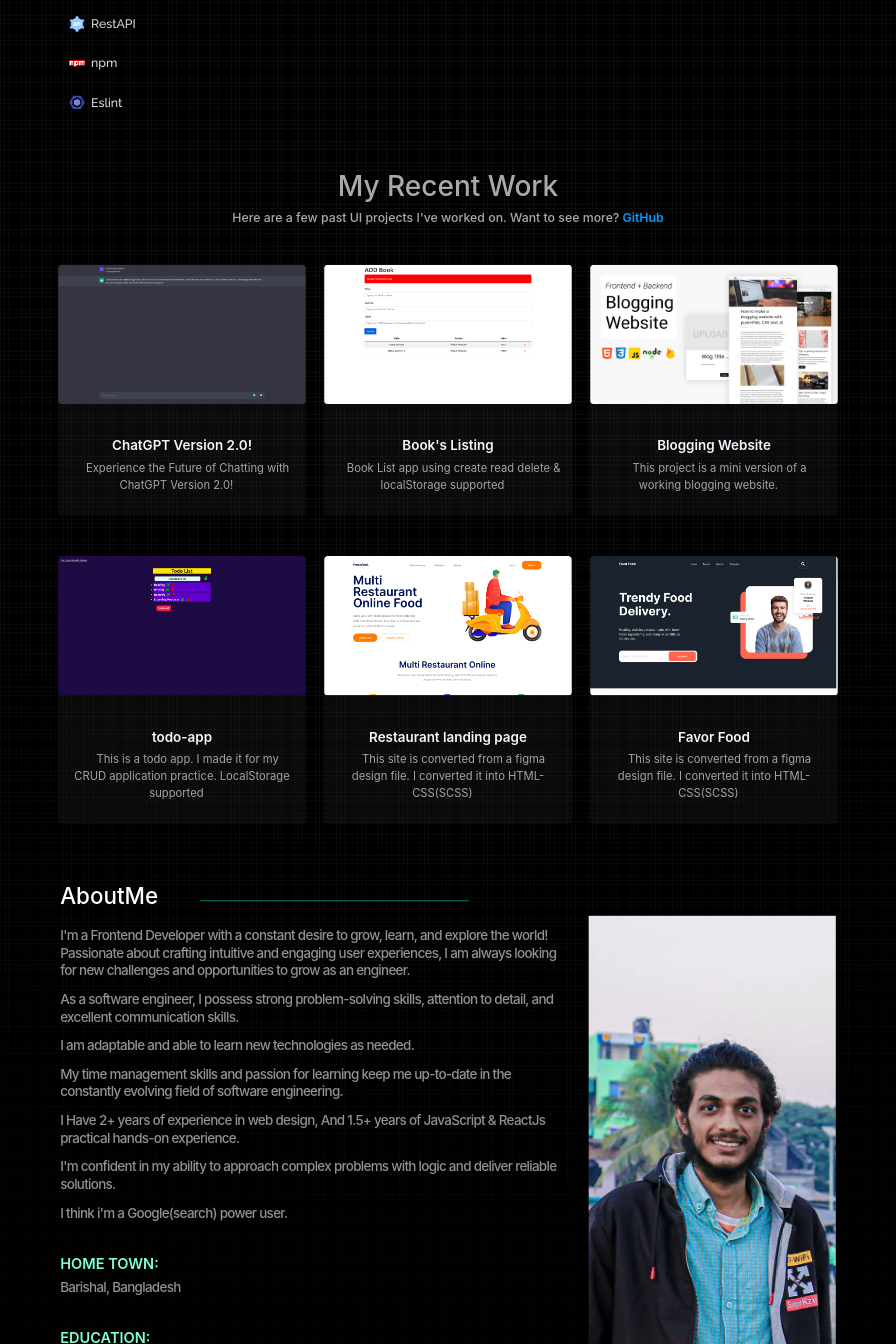
Repository: badhon252/my-portfolio
Page: /
These files come from the project's save history. The page is drawn as it stood at one moment and after the next save; the edit follows.
The browser window is 1280 px wide. The pictures show the part of the page from y = 1396 to 3316 px (the page is 3680 px tall before and 3688 px after), at 70% of full size.
Some web fonts or font styles are not loaded; a fallback is used. The project was rebuilt for these pictures with package versions that can differ from the ones it lists, and the page was loaded fresh each time.

Above is the page before, as saved 2023-02-14 20:11:25.

### public/index.html
<!DOCTYPE html>
<html lang="en">

<head>
    <meta charset="utf-8" />
    <meta name="viewport" content="width=device-width, initial-scale=1.0" />
    <meta name="theme-color" content="#000000" />
    <link rel=" stylesheet " href=" https://cdnjs.cloudflare.com/ajax/libs/font-awesome/6.2.1/css/all.min.css ">
    <!-- For google search engines  -->
    <meta name="google-site-verification" content="pFRaVUB3Vqtpp7CYJiHCBl35aQ6s2zmKJ89Zh2XF5rQ" />
    <meta name="description"
        content="I'm Khalid Hossain Badhon, I'm a experienced Frontend Web Application developer with more than 2years of hands on experienced. Front-end engineers, Front-end development, reactjs developer, javascript developer" />
    <!--  Bootstap== -->
    <link rel=" stylesheet " href=" https://cdn.jsdelivr.net/npm/bootstrap@5.3.0-alpha1/dist/css/bootstrap.min.css ">


    <title>Khalid Hossain Badhon | Frontend Developer</title>
</head>

<body>
    <div id="root"></div>

    <script src=" https://cdn.jsdelivr.net/npm/bootstrap@5.3.0-alpha1/dist/js/bootstrap.bundle.min.js "></script>
    <!-- <script src=" https://platform.linkedin.com/badges/js/profile.js " async defer type=" text/javascript "></script> -->

</body>

</html>

### src/index.css
* {
    margin: 0;
    padding: 0;
    box-sizing: border-box;
}

html {
    --scrollbarBG: #2f2f2f;
    --thumbBG: #808080;
}

body {
    margin: 0;
    font-family: -apple-system, BlinkMacSystemFont, 'Segoe UI', 'Roboto', 'Oxygen', 'Ubuntu', 'Cantarell', 'Fira Sans', 'Droid Sans', 'Helvetica Neue', sans-serif;
    -webkit-font-smoothing: antialiased;
    -moz-osx-font-smoothing: grayscale;
    background-color: #000000;
    background-image: radial-gradient(circle at center center, transparent 0%, rgb(0, 0, 0) 99%), repeating-linear-gradient(0deg, rgba(163, 163, 163, 0.07) 0px, rgba(163, 163, 163, 0.07) 1px, transparent 1px, transparent 6px), repeating-linear-gradient(90deg, rgba(163, 163, 163, 0.07) 0px, rgba(163, 163, 163, 0.07) 1px, transparent 1px, transparent 6px), linear-gradient(90deg, rgb(0, 0, 0), rgb(0, 0, 0));
    color: #ffffff;
    scrollbar-width: thin;
    scrollbar-color: var(--thumbBG) var(--scrollbarBG);
}

body::-webkit-scrollbar {
    width: 12px;
}

body::-webkit-scrollbar-track {
    background: var(--scrollbarBG);
}

body::-webkit-scrollbar-thumb {
    background-color: var(--thumbBG);
    border-radius: 6px;
    border: 3px solid var(--scrollbarBG);
}

### src/Components/Home/Home.jsx
import AboutMe from "./AboutMe/AboutMe";
// import Footer from "./Footer/Footer";
import Header from "./Header/Header";
import Projects from "./Project/Projects";
import Skill from "./Skill/Skill";


export default function Home() {
  return (
    <div id="home">
        <Header />
        <Skill/>
        <Projects/>
        <AboutMe/>
        {/* <Footer/> */}

    </div>
  )
}

### src/Components/Home/Header/Header.jsx
import React from 'react'
import HeaderContent from './HeaderContent/HeaderContent'
import Navbar from './Navbar/Navbar'
import Classes from './Header.module.css'

export default function Header() {
  return (
    <header className={Classes.header}>
      <Navbar/>
      <HeaderContent/>
    </header>
  )
}

### src/Components/Home/Skill/Skill.jsx
import "./Skill.css"
import SkillSet from "./SkillSet";
const SkillEfficiency = () => {
    return (
       <section id="skill" >
        <div className="container">
            <div className="d-flex justify-content-center">
                    <h1 className="skillSet__title"> My Skills Set </h1>
            </div>
            <div className="skillSet__title__line">
                <div className="skillSet__title__line__inner">
                    I'm a experienced Frontend Web Application developer with more than 2 years of hands on experience. <br />
                    I am adaptable and able to learn newtechnologies as needed.
                </div>
            </div>
            <SkillSet/>
        </div>
       </section>
    );
}

export default SkillEfficiency;

### src/Components/Home/AboutMe/AboutMe.css
#about {
    padding: 2rem 1rem;
    min-height: 100vh;
}

#about p {
    font-size: 1.2em;
    font-weight: 500;
    margin-bottom: 1rem;
    color: rgba(255, 255, 255, 0.568);
    line-height: 1.3;
    letter-spacing: -1px;
}

#about h1 {
    color: #fcfcfc;
    font-size: 2.5em;
}

#about p:hover {
    color: #fcfcfc;
    cursor: text;
}

.aboutMe_titile::after {
    content: "";
    display: block;
    position: relative;
    top: -13px;
    width: 30vw;
    height: 1px;
    margin-left: 200px;
    background-color: rgba(9, 250, 227, 0.63);
}


/* Hometown ======== */

.homeTown_title {
    font-size: 1.3em;
    font-weight: 600;
    color: aquamarine;
    font-weight: 600;
}


/* .homeTown_title i {
    color: rgb(255, 255, 255);
    font-size: 1.2rem;
    width: 100%;
} */


/* edu ========== */

.crt_title,
.edu_title {
    font-size: 1.3em;
    font-weight: 600;
    color: aquamarine;
}

#about h4 {
    font-size: 1em;
    font-weight: 500;
    color: rgb(206, 255, 239);
    line-height: 1.5;
}

#about h4 span {
    color: rgb(88, 126, 111);
}

#about h4 span:hover {
    color: rgb(255, 255, 255);
}

#about h4 a {
    color: rgb(88, 126, 111);
    text-decoration: none;
}

### src/Components/Home/Header/HeaderContent/HeaderContent.jsx
import Badhon from "../../../../Assets/Images/badhon-color.png";
import HeroSection from './HeroSection'
import Classes from "./Header.module.css";

export default function HeaderContent() {
  return (
      <div className="container" >
        <div className={Classes.headerContainer}>

          <div className="row my-5" >
              <div className="col-md-4">
                <img src={Badhon} alt="Badhon" className="img-fluid w-100 px-2" />
              </div>
              <div className="col-md-8 py-5 d-flex flex-column">
                <HeroSection />
              </div>
          </div>
        </div>
      </div>
  )
}

### src/Components/Home/Header/Navbar/Navbar.jsx
import "./Navs/Navs.css"
import "./Navbar.css"
import Nav from './Navs/Nav/Nav'
// import NavbarBrand from './NavbarBrand/NavbarBrand'
// import LinkedIn from './Navs/LinkedIn/LinkedIn'
// import GitHub from './Navs/GitHub/Github'

export default function Navbar() {
  return (
    <div className='navBar borderBottom container-fluid'>
            <Nav/>
         {/* <div className='navBar'>
            <LinkedIn/>
            <GitHub/>
         </div> */}
    </div>
  )
}

### src/Components/Home/Header/Header.module.css
.header {
    color: aliceblue;
    padding: 0 1rem;
}

### src/Components/Home/Project/ProjectCard.jsx
import CardImgLink from "./Card_img__link"
import "./Projects.css"

export default function ProjectCard(props) {

  function stacks(){
    return props.stack.map((item, index) => {
      return <span className="stack" key={index}>#{item}</span>
    })
  }

  return (
    <div className="card my-1" id="card">
          <div className="card-img">
            <a href={props.preview} >
              <img src={props.img} className="card-img-top img-fluid" alt={props.title}/>
              <CardImgLink preview={props.preview} link={props.link}/>
            </a>
          </div>
        <div className="card-body">
          <div className="stacks">
             {stacks()}
          </div>

            <h5 className="card-title my-2">{props.title}</h5>
            <span className="card-text py-5 px-3">{props.text}</span>

        </div>
    </div>
  )
}

### src/Components/Home/Project/Projects.css
#card {
    background-color: #2c2d2c3a;
    /* width: 18rem */
    overflow: hidden;
    color: aliceblue;
    position: relative;
    text-align: center;
    transition: .5s;
}

#card:hover {
    /* width: 18rem */
    overflow: hidden;
    text-align: center;
    box-shadow: 5px 5px 50px rgba(53, 255, 3, 0.193);
    transform: translateY(-25px);
}

#card:hover span {
    color: aliceblue;
}

.card-img {
    overflow: hidden;
}

.img-fluid {
    border-radius: 0%;
    width: 100%;
    height: 100%;
    object-fit: cover;
    object-position: center;
    transition: 0.5s;
}

#card:hover .card-img-top {
    border-radius: 0;
    transform: scale(1.1);
}


/* Path: src/Components/Home/Project/Projects.css */

.project__title {
    color: rgba(255, 255, 255, 0.664);
    text-align: center;
}

.project__title h2 {
    font-size: 2rem;
    font-weight: 700;
    margin-bottom: 1rem;
    color: #fff;
    font-family: Georgia, 'Times New Roman', Times, serif;
}

.project__title__line {
    font-weight: 500;
    font-size: 1.1rem;
}

.project__title__line a {
    color: #0099ff;
    text-decoration: none;
    font-weight: 600;
}

.project__title__line a:hover {
    color: #1da5ff;
    text-decoration: underline;
}

.card_img__link {
    align-items: center;
    background-color: rgba(0, 0, 0, 0.332);
    border-radius: 5px;
    display: flex;
    justify-content: flex-end;
    position: absolute;
    right: 0;
    top: 0;
    bottom: 0;
    left: 0;
    transition: .5s;
    opacity: 0;
}

#card:hover .card_img__link {
    opacity: 1;
}

.card_img__link a {
    color: #dbdbdb;
    text-decoration: none;
    font-weight: 700;
    margin: 0 .5rem;
}

.card_img__link a:hover {
    color: #eae8ff;
    text-decoration: none;
    font-weight: 700;
}

.card_img__link i {
    color: #fff;
}

.card_img__link i:hover {
    color: rgb(0, 157, 255);
}


/* .githubIcon {
    right: 5px;
}

.redirect {
    max-width: 40px;
    margin-top: 6px;
    color: #0099ff;
} */

.card-body {
    z-index: 111;
    padding-bottom: 2rem;
}

.card-body h5 {
    font-size: 1.2rem;
    font-weight: 600;
    margin: 0;
}

.card-body .stacks {
    margin: 0;
    opacity: 0;
    transition: 0.5s;
}

#card:hover .stacks {
    opacity: 1;
}

.card-body .stack {
    display: inline;
    font-size: .8rem;
    font-weight: 600;
    color: #ffffff;
    background-color: rgb(73, 73, 73);
    margin: .1rem;
    border-radius: 5px;
    text-align: left;
}

.card-text {
    color: #dbdbdbbb;
}

.card-text:hover {
    color: #eae8ff;
}

### src/Components/Home/Skill/Skill.css
@import url('https://fonts.googleapis.com/css2?family=Raleway:ital,wght@0,300;0,400;0,500;0,600;0,700;0,800;0,900;1,500;1,600;1,900&display=swap');

/* .skills {
    margin: 4rem 0 2rem 0;
    display: flex;
    justify-content: space-around;
    flex-wrap: wrap;
    gap: 2rem;
    height: 80vh;
    overflow: hidden;
} */

#skill {
    min-height: calc(100vh - 70px);
    font-family: 'Raleway', sans-serif;
}

.skillSet__title__text h2 {
    font-size: 1.5em;
    font-weight: 600;
    margin-bottom: 1rem;
    display: inline-block;
}

.skillSet__title__text h2::after {
    content: "";
    display: block;
    height: 4px;
    transition: .5s;
    width: 0;
    background: rgb(255, 14, 118);
}

.skillSet:hover .skillSet__title__text h2::after {
    width: 100%;
}

.skillSet li {
    list-style-type: none;
    margin: 0.5rem 1rem;
    color: #ffffffda;
    transition: .4s;
    display: flex;
    align-items: center;
    padding: .5rem 0;
    font-size: 1.1em;
    font-weight: 500
}

.skillSet li img {
    width: 1.5rem;
    margin-right: 0.5rem;
}

.skillSet:hover li {
    color: #ffffff;
    transform: translateY(-5px);
}

.skillSet:hover li img {
    transform: scale(1.2);
}


/* .skillSet:hover {
    background: linear-gradient(90deg, rgba(9, 255, 5, 0.5) 0%, rgba(255, 0, 0, 0.5) 100%);
    box-shadow: 0 0 10px 0 rgba(255, 255, 255, 0.5);
} */

.skillSet__title {
    font-weight: 900;
    font-style: italic;
    font-size: 3em;
    margin-top: 70px;
}

.skillSet__title::after {
    content: "";
    display: block;
    height: 4px;
    transition: .6s;
    width: 0;
    background: linear-gradient(202deg, rgb(5, 255, 1) 20%, rgb(255, 14, 118) 50%, rgb(0 4 255) 100%);
}

#skill:hover .skillSet__title::after {
    width: 100%;
}

.skillSet__title__line {
    font-size: 1.3rem;
    font-weight: 800;
    color: rgba(255, 255, 255, 0.63);
    text-align: center;
    margin: 1rem 0;
}

.skillSet__title__line__inner {
    font-family: 'Raleway', sans-serif;
    margin: 1.3em 0 3em 0;
    font-size: 1em;
    font-weight: 500;
    line-height: 1.5;
    color: #ffffff;
}

.skillSet {
    margin: 1rem 0;
}


/* Generated code  */


/* .wave-container {
    height: 40vh;
    background-color: #000000;
    position: relative;
}

.wave-container::before {
    content: "";
    width: 100%;
    height: 135px;
    position: absolute;
    bottom: -0.3%;
    left: 0;
    background-size: auto;
    background-repeat: repeat no-repeat;
    background-position: 54vw bottom;
    background-image: url("data:[embedded picture, 356 characters]");
}

@media(max-width:850px) {
    .wave-container::before {
        height: 67.5px
    }
} */

### src/Components/Home/Header/HeaderContent/HeroSection.jsx
import Classes from "./Header.module.css";
// import Name from "./Name";

export default function HeroSection() {
  return (
    <div className={Classes.heroSection}>
          <h2 className={Classes.h2}>Hi, I'm</h2>
          <h1 className={Classes.myName}>
            <span>
              Khalid Hossain.
            </span>
          </h1>
          {/* <Name/> */}
          <div className={Classes.bio}>
            I’m a <span>Frontend Developer with a constant desire to grow, learn, and explore the world!</span> Passionate about crafting intuitive and engaging user experiences,
            I am always looking for new challenges and opportunities to grow as an engineer.
          </div>

          <a className={Classes.resume} href="https://drive.google.com/file/d/1dNWfd7X8CYs_9THDZo58HHKVKzD8WfeY/view?usp=share_link" target="_blank" rel="noreferrer">
              See my Resume <i className="fa-solid fa-arrow-up-right-from-square"></i>
          </a>

    </div>
  );
}

### src/Components/Home/Header/HeaderContent/Header.module.css
@import url('https://fonts.googleapis.com/css2?family=Unbounded:wght@400;500;600;700;800;900&display=swap');
.headerContainer {
    min-height: calc(100vh - 70px);
    width: 100%;
    display: flex;
    justify-content: center;
    align-items: center;
    flex-direction: column;
    position: relative;
    overflow: hidden;
}

.heroImage {
    max-width: 100%;
    object-fit: cover;
    height: auto;
    box-sizing: border-box;
    overflow: hidden;
    /* border-radius: 30% 70% 64% 36% / 44% 42% 58% 56%; */
}

.myName {
    text-transform: uppercase;
    letter-spacing: 0.5em;
    display: inline-block;
    margin: 0 0 1rem 0;
}

.myName span {
    font: 700 1.5em/1 "Unbounded", sans-serif;
    letter-spacing: 0;
    padding: 0.25em 0 0.325em;
    text-shadow: 0 0 80px rgba(255, 255, 255, 0.5);
    /* Clip Background Image */
    background: url(https://i.ibb.co/RDTnNrT/animated-text-fill.png) repeat-y;
    -webkit-background-clip: text;
    background-clip: text;
    /* Animate Background Image */
    -webkit-text-fill-color: transparent;
    -webkit-animation: animate 80s linear infinite;
    /* Activate hardware acceleration for smoother animations */
    -webkit-transform: translate3d(0, 0, 0);
    -webkit-backface-visibility: hidden;
}


/* Animate Background Image */

@keyframes animate {
    0% {
        background-position: 0% 50%;
    }
    100% {
        background-position: 100% 50%;
    }
}

.heroSection:hover .myName {
    text-shadow: 0 0 12px #24fbdd;
}

.h2 {
    font-size: 1.5em;
    font-family: 'Unbounded', cursive;
    margin: 1rem 0;
    line-height: 1;
    color: #ff006f;
    font-weight: 600;
}


/* #about p:hover h2 {
    text-shadow: 0 0 12px #24fbdd;
} */

.bio {
    font-size: 1.3em;
    color: rgba(255, 255, 255, 0.653);
    line-height: 1.4;
    font-family: 'Titillium Web', sans-serif;
    font-weight: 600;
    margin: 2rem 0;
}

*::selection {
    background-color: #f2ff00;
    color: #000000;
}

.bio span {
    font-style: italic;
    color: #fcfcfc;
}


/* bio text animations  */

.center {
    width: 100%;
    height: 100vh;
    display: flex;
    justify-content: center;
    align-items: center;
}

.char {
    font-size: 40px;
    height: 40px;
    animation: an 1s ease-out 1 both;
    display: inline-block;
}

@keyframes an {
    from {
        opacity: 0;
        transform: perspective(500px) translate3d(-35px, -40px, -150px) rotate3d(1, -1, 0, 35deg);
    }
    to {
        opacity: 1;
        transform: perspective(500px) translate3d(0, 0, 0);
    }
}

.mylink {
    position: absolute;
    z-index: 150;
    bottom: 0;
    right: 0;
    width: 100%;
    text-align: right;
    padding: .6rem;
}


/*! resume  */

.resume {
    padding: .9rem 1.8rem;
    border: 1px solid #09ff01;
    font-size: 1rem;
    font-weight: 500;
    margin-top: 1rem;
    outline: none;
    border-radius: 5px;
    background: none;
    color: #fcfcfc;
    transition: .5s;
    cursor: pointer;
    text-decoration: none;
    display: inline-block;
}

.resume:hover {
    color: rgb(7, 7, 7);
    background-color: rgb(0, 255, 21);
}

.resume:active {
    transform: scale(0.95);
}

### src/Components/Home/Header/Navbar/Navs/Navs.css
.flexRow {
    display: flex;
    justify-content: space-between;
    align-items: center;
    flex-wrap: wrap;
    gap: 2rem;
}

.me_1 {
    margin-right: 1rem;
}

img {
    width: 2rem;
    height: 2rem;
    border-radius: 50%;
}

.navbar-brand {
    /* background: #FFFF00;
    background: linear-gradient(to left, #FFFF00 0%, #05C1FF 50%, #FFFF00 100%);
    -webkit-background-clip: text;
    -webkit-text-fill-color: transparent; */
    color: aqua;
    font-size: 1.5rem;
    font-weight: 600;
    text-decoration: none;
    font-family: "Poppins", sans-serif;
}

### src/Components/Home/Header/Navbar/Navbar.css
.boxShadow {
    -webkit-box-shadow: 0px 22px 40px -37px rgba(255, 255, 255, 1);
    -moz-box-shadow: 0px 22px 40px -37px rgba(255, 255, 255, 1);
    box-shadow: 0px 22px 40px -37px rgba(255, 255, 255, 1);
}

.borderBottom {
    border-bottom: 1px solid #f6f6f612;
}

### src/Components/Home/Header/Navbar/Navs/Nav/Nav.jsx
import logo from "../../../../../../Assets/icons/logo.svg"
import SocialIcons from "../../../../Icons/SocialIcons"
import "./../Navs.css"
import "./Nav.css"

export default function Nav() {

  return (
    <nav className="navbar navbar-expand-lg">
      <div className="container-fluid">
        <a className="navbar-brand" href="#home">
          <img className="img-fluid" src={logo} alt="@badhon252" />
        </a>
        <button className="navbar-toggler" type="button" data-bs-toggle="collapse" data-bs-target="#navbarNav" aria-controls="navbarNav" aria-expanded="false" aria-label="Toggle navigation">
          <i className="fa-solid fa-bars"></i>
        </button>
        <div className="collapse navbar-collapse" id="navbarNav">
          <ul className="navbar-nav mx-auto">
            <li className="nav-item">
              <a className="nav-link" aria-current="page" href="#home"><i className="fa-solid fa-house"></i> Home</a>
            </li>
            <li className="nav-item">
              <a className="nav-link" href="#skill"><i className="fa-solid fa-code"></i> Expertise</a>
            </li>
            <li className="nav-item">
              <a className="nav-link" href="#projects"><i className="fa-solid fa-briefcase"></i> Projects</a>
            </li>
            <li className="nav-item">
                <a className="nav-link" href="#about"><i className="fa-solid fa-address-card"></i> About</a>
            </li>
            <li className="nav-item">
                <a className="nav-link" href="#contact"><i className="fa-solid fa-address-book"></i> Contact</a>
            </li>
          </ul>
          <div className="d-flex">
        <SocialIcons />
          </div>
        </div>
      </div>
    </nav>
  )
}

### src/Components/Home/Project/Card_img__link.jsx
// import githubIcon from "../../../Assests/icons/github.png"
// import redirect from "../../../Assests/icons/redirect.svg"
import "./Projects.css"
export default function Card_img__link(props) {

  return (
     <div className="card_img__link">
              <a href={props.link} target="_blank" rel="noreferrer" >
               <i className="fa-brands fa-github-alt"></i>
              </a>
              <a href={props.preview} target="_blank" rel="noreferrer" >
                  <i className="fa-solid fa-arrow-up-right-from-square redirect"></i>
              </a>

    </div>
  )
}

### src/Components/Home/Icons/SocialIcons.jsx
import "./SocialIcons.css"
import gmailIcon from "../../../Assets/icons/gmail.svg"

export default function SocialIcons() {
  return (
    <div className='icons'>
      <a href="mailto:dev.khalidhossain@gmail.com" target="_blank" rel="noreferrer">
         <img src={gmailIcon} alt="gmail" className="img-fluid" />
      </a>
      <a href="https://www.linkedin.com/in/khalidhossainbadhon/" target="_blank" rel="noreferrer">
         <i class="fa-brands fa-linkedin"></i>
      </a>
      <a href="https://github.com/badhon252" target="_blank" rel="noreferrer">
         <i class="fa-brands fa-github"></i>
      </a>
    </div>
  )
}

### src/Components/Home/Header/Navbar/Navs/Nav/Nav.css
.navBar {
    flex-wrap: wrap;
    position: fixed;
    top: 0;
    right: 0;
    left: 0;
    background-color: #000000dc;
    z-index: 1111111;
    text-align: center;
    box-sizing: border-box;
}

.navbar.navbar-expand-lg {
    padding: 0;
}

.navbar-nav {
    list-style-type: none;
    display: flex;
    justify-content: space-between;
}

.navbar-nav li a {
    text-decoration: none;
    color: rgba(255, 255, 255, 0.703);
    font-size: 1.1em;
    font-weight: 600;
    transition: all 0.3s ease-in-out;
    margin: 0 1rem;
}

.navbar-nav li a:hover {
    color: #ffffff;
}

.navbar-nav li a.active {
    color: #ff00fb;
}

.navbar-nav li a.active:hover {
    color: #f1f1f1;
}

.fa-brands,
.fab {
    font-weight: 400;
    font-size: 1.5rem;
    color: #fff;
}

.fa-bars {
    color: #fff;
}

.navbar-brand .img-fluid {
    max-width: 60px;
    max-height: 60px;
}

.navbar-brand:hover img {
    transform: scale(1.1);
}

.navbar-nav .nav-item .nav-link::after {
    content: "";
    display: block;
    height: 2px;
    width: 1.1em;
    background: #ff0672fc;
    transition: all 0.6s cubic-bezier(0.18, 0.89, 0.32, 1.28);
}

.navbar-nav .nav-item .nav-link:hover::after {
    width: 100%;
}

### src/Components/Home/Icons/SocialIcons.css
.icons {
    display: flex;
    align-items: center;
    box-sizing: border-box;
}

.icons a {
    max-height: 2.5rem;
    max-width: 2.5rem;
    padding: 8px;
    border-radius: 50%;
}

.icons a:hover {
    background-color: rgba(85, 85, 85, 0.402);
}

.icons a:nth-child(2) {
    margin: .5rem;
}

.fa-linkedin {
    color: #5dd4ff!important;
}

Loaded but not shown: src/index.js (common file); src/reportWebVitals.js (common file); src/App.js (11 lines, source omitted); src/Components/Home/Project/Projects.jsx (86 lines, source omitted); src/Components/Home/Skill/SkillSet.jsx (66 lines, source omitted); src/Components/Home/AboutMe/AboutMe.jsx (62 lines, source omitted)

After the next save:
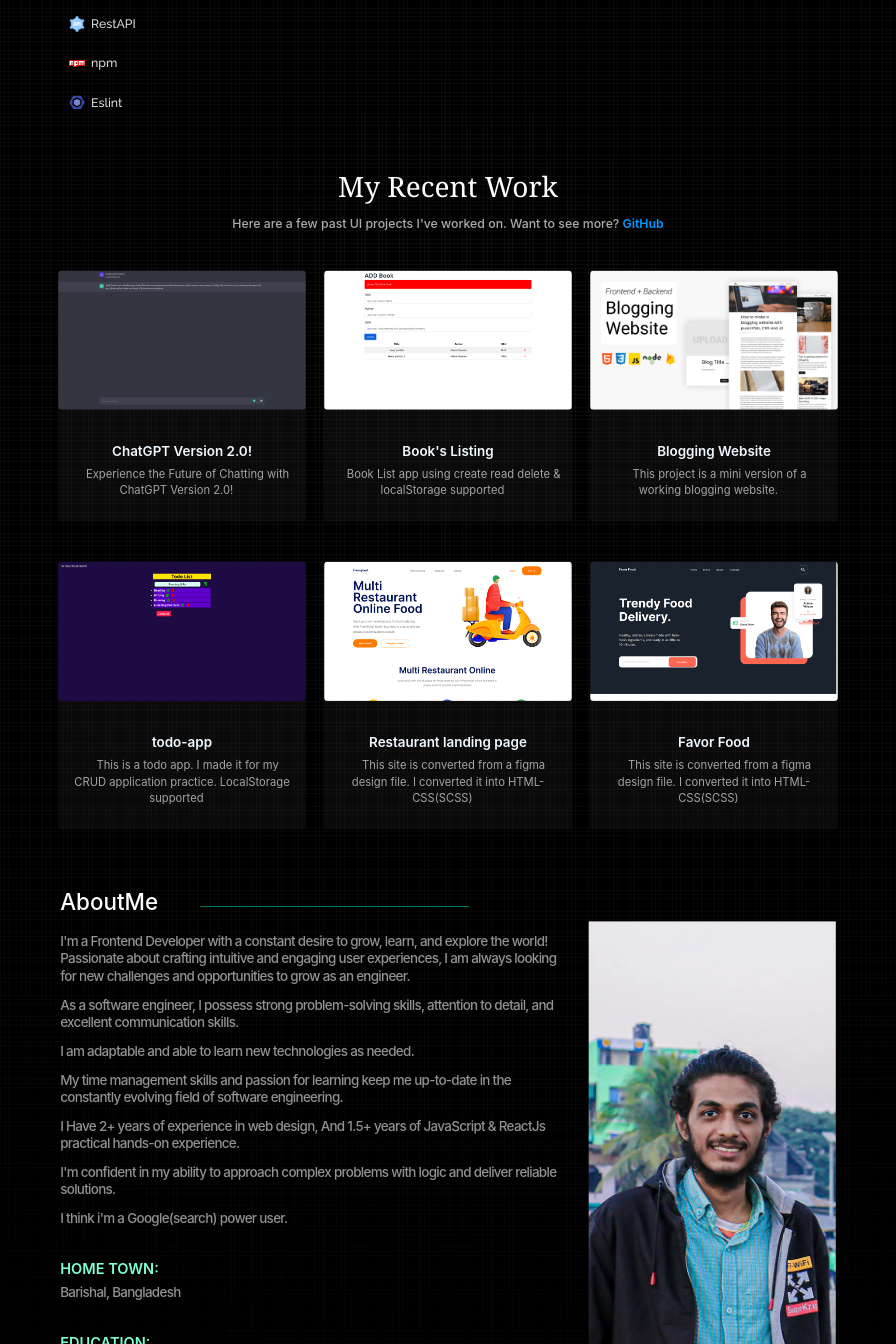
Saved 61 s later.
--- a/src/Components/Home/Project/Projects.css
+++ b/src/Components/Home/Project/Projects.css
@@ -46,7 +46,7 @@
     text-align: center;
 }
 
-.project__title h2 {
+.project__title .project__title-text {
     font-size: 2rem;
     font-weight: 700;
     margin-bottom: 1rem;
